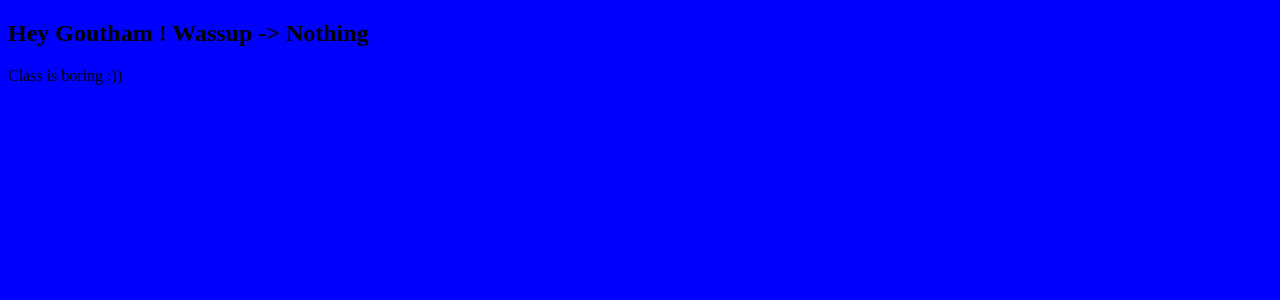
Repository: SaiGouthamVaddi/Visa-Training
Page: mywebapp/src/main/webapp/index.html
An editor plug-in stored every save of this project. The page is shown before and after the next save, followed by the edit.
The browser window is 1280 px wide. The pictures show the whole page.

Above is the page before, as saved 2019-07-16 04:49:33.

### mywebapp/src/main/webapp/index.html
<!DOCTYPE html>
<html>
<head>
<meta charset="UTF-8">
<title>V-I-S-A</title>
</head>
<body bgcolor = "blue">

<h2>Hey Goutham ! Wassup -> Nothing</h2>
<p>Class is boring :))</p>

</body>
</html>

After the next save:
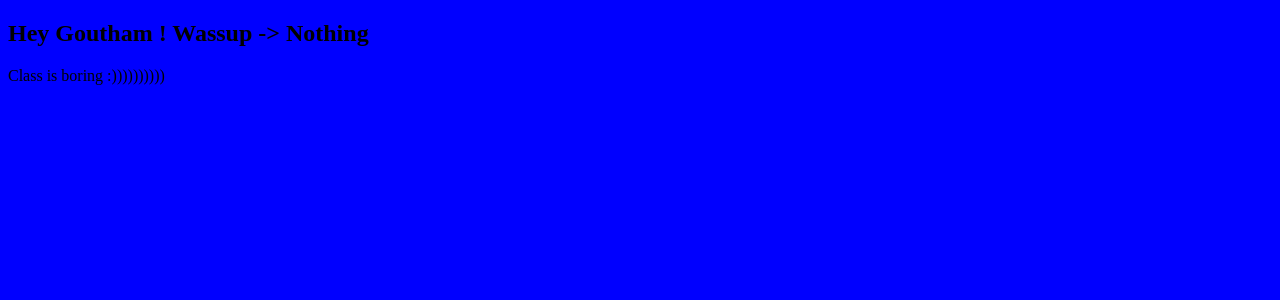
Saved 64 s later.
--- a/mywebapp/src/main/webapp/index.html
+++ b/mywebapp/src/main/webapp/index.html
@@ -7,7 +7,7 @@
 <body bgcolor = "blue">
 
 <h2>Hey Goutham ! Wassup -> Nothing</h2>
-<p>Class is boring :))</p>
+<p>Class is boring :))))))))))</p>
 
 </body>
 </html>
